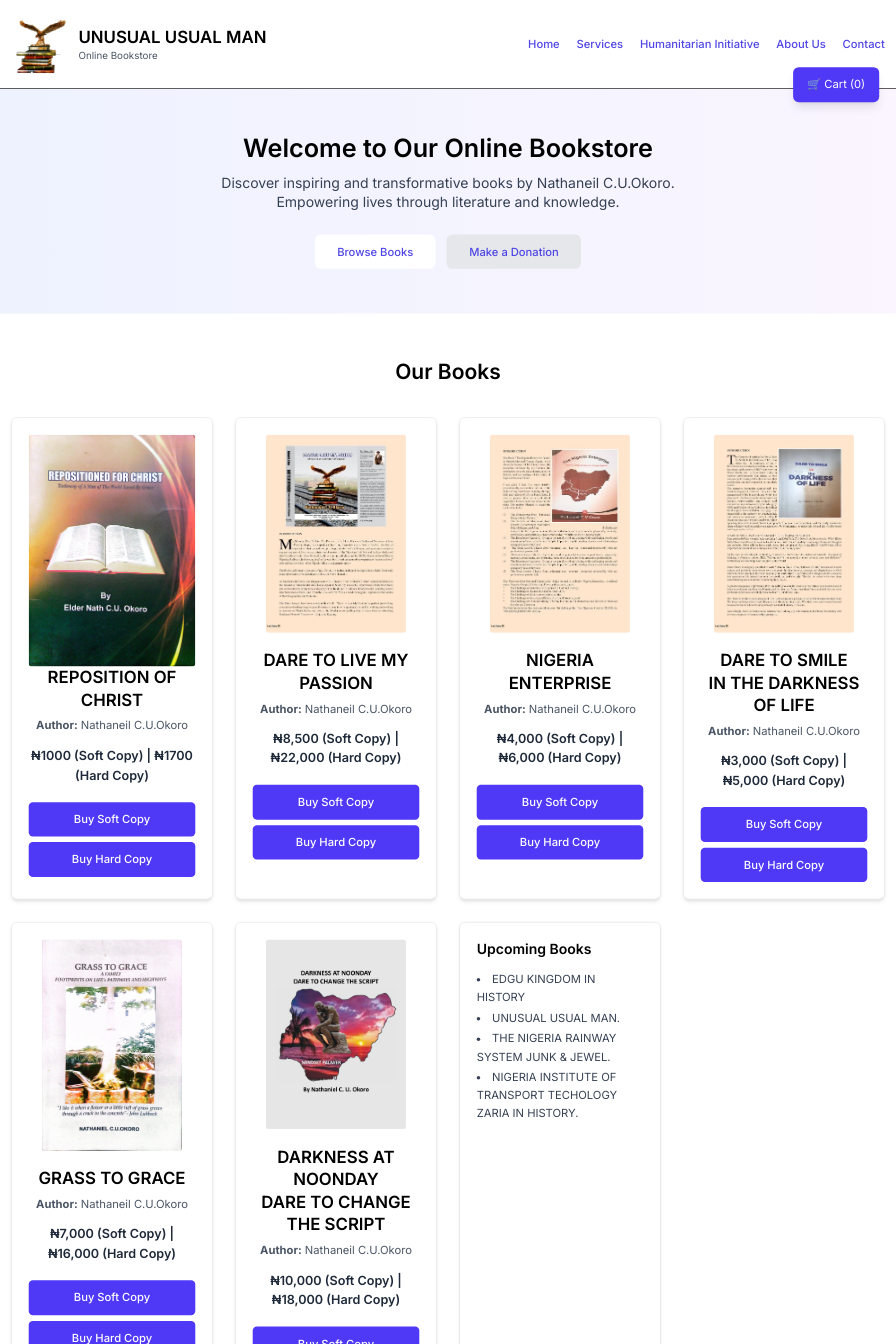
Repository: Rickyy1017/online-bookstore
Page: / (app in frontend/)
The author's editor kept a copy of each file at every save. The page is drawn from the files as they stood at one save, then again after the next save.
The browser window is 1280 px wide. The pictures show the part of the page from y = 0 to 1920 px (the page is 3588 px tall), at 70% of full size.
The project was rebuilt for these pictures with package versions that can differ from the ones it lists, and the page was loaded fresh each time. The framework's server and built-in components were replaced by stand-ins that run in the browser. Also part of the build but not shown: frontend/next.config.ts.

Above is the page before, as saved 2025-10-09 23:49:19.

After the next save:
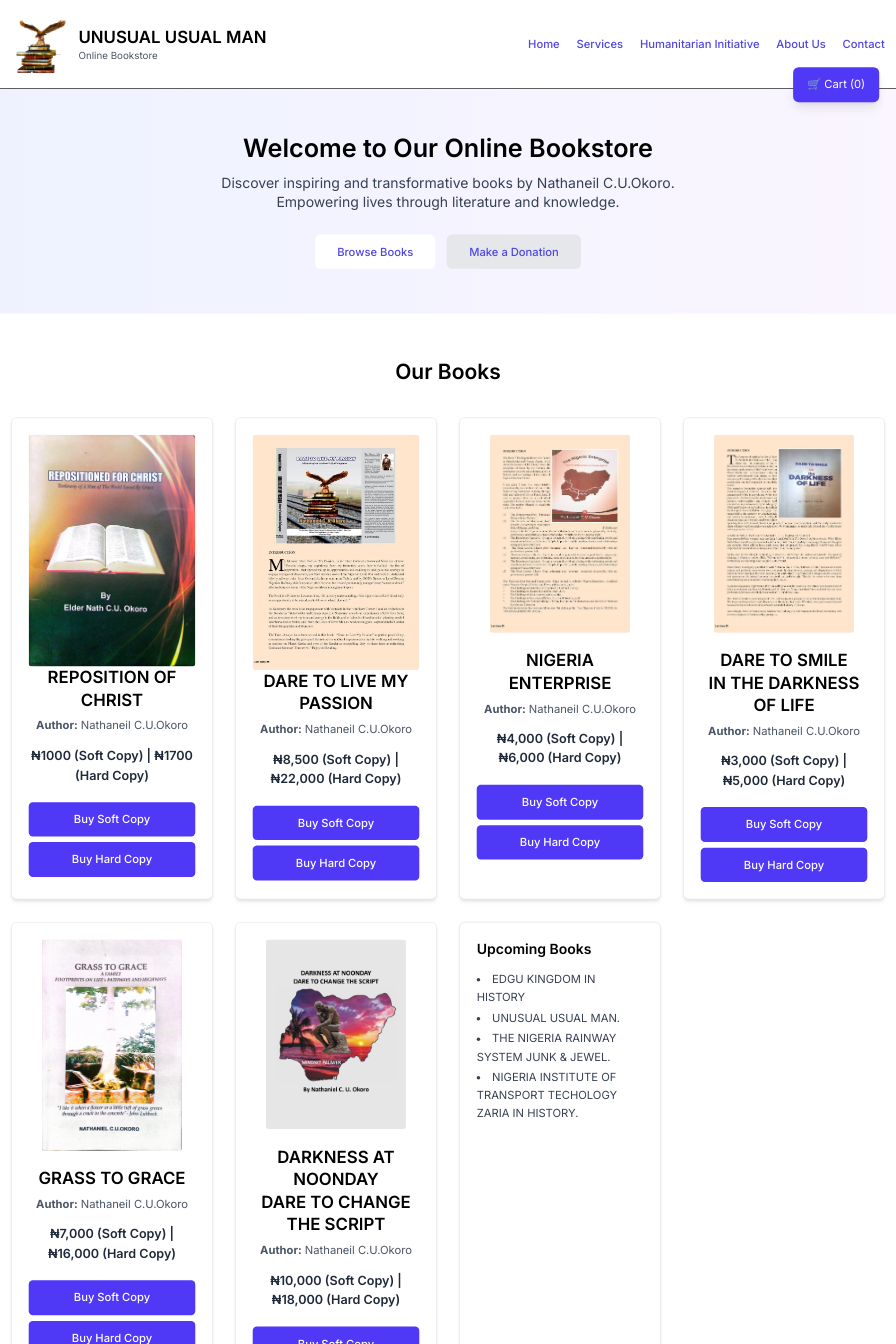
Saved 16 s later.
--- a/frontend/app/page.tsx
+++ b/frontend/app/page.tsx
@@ -86,7 +86,7 @@ export default function Page() {
           </div>
 
         <div className="bg-white border border-gray-200 rounded-lg p-6 shadow-md">
-          <Image src="/images/mypass.jpg" alt="DARE TO LIVE MY PASSION" width={200} height={300} className="mx-auto mb-6 rounded" />
+          <Image src="/images/mypass.jpg" alt="DARE TO LIVE MY PASSION" width={200} height={300} className="w-full rounded" />
           <h3 className="text-2xl font-bold text-gray-900 mb-2 text-center">DARE TO LIVE MY PASSION</h3>
           <p className="text-gray-600 text-center mb-4"><b>Author:</b> Nathaneil C.U.Okoro</p>
           <div className="text-center mb-6">
